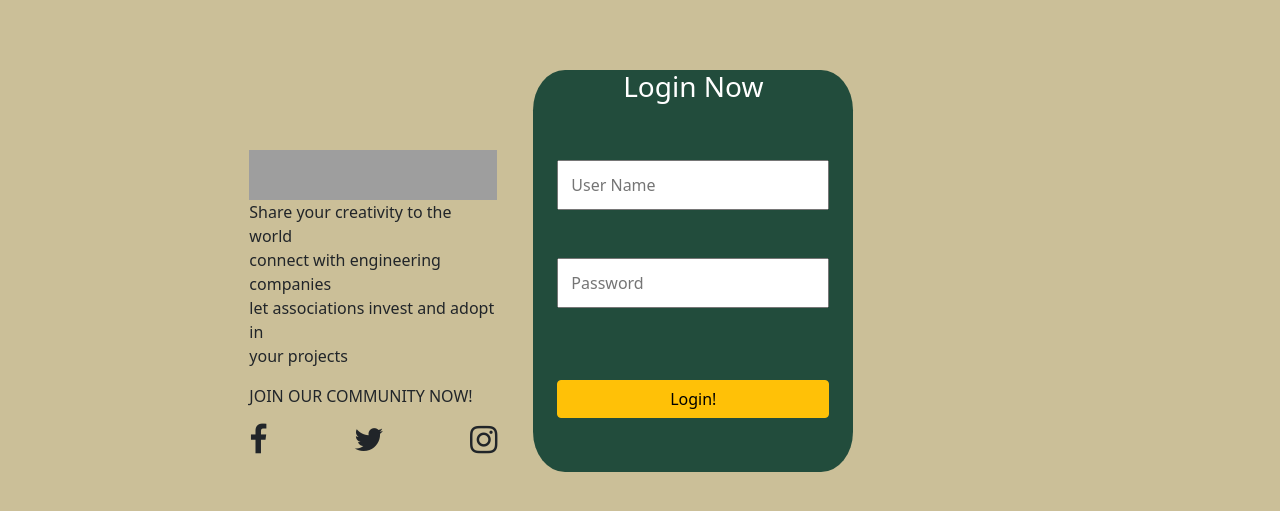
Repository: ahmadjamal-1997/Project-Taqadam
Page: http://localhost/Taqadam/WEB-INF/login.jsp
These files come from the project's save history. The page is drawn as it stood at one moment and after the next save; the edit follows.
The browser window is 1280 px wide. The pictures show the whole page.
Pictures or frames that could not be fetched are drawn as grey boxes. The page is served by Tomcat 9. Nobody is signed in. The template is opened directly, without the code that normally fills it, so the values that code supplies are empty.

Above is the page before, as saved 2022-03-31 10:34:01.

After the next save:
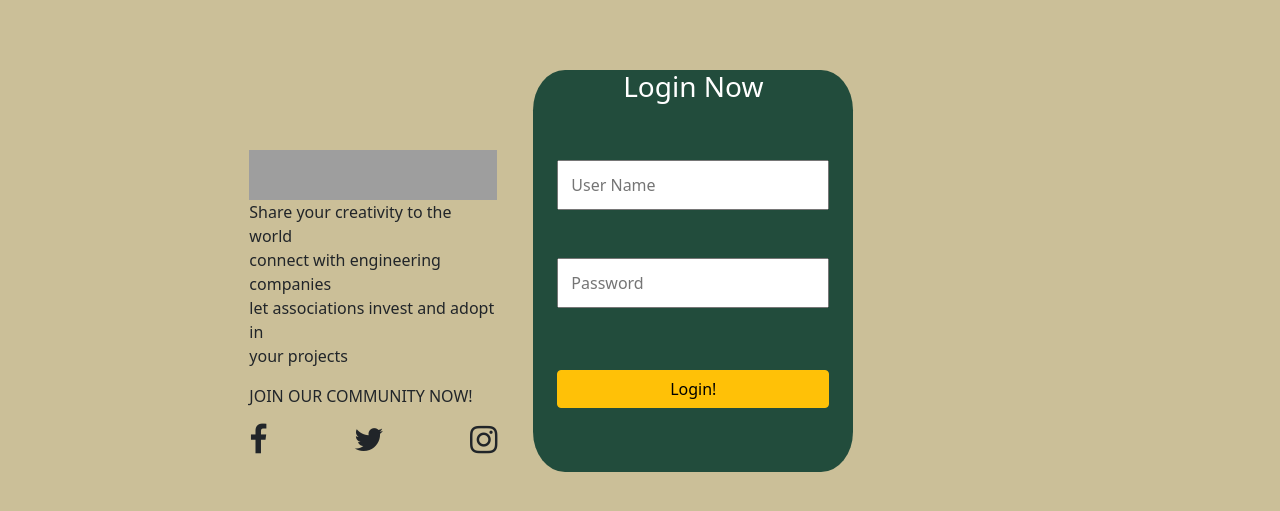
Saved 17 s later.
--- a/Taqadam-new/Taqadam-java/Taqadam-new/Taqadam/src/main/webapp/WEB-INF/login.jsp
+++ b/Taqadam-new/Taqadam-java/Taqadam-new/Taqadam/src/main/webapp/WEB-INF/login.jsp
@@ -61,7 +61,7 @@
             <div class="row mb-3 mt-5" style="height:50px">
             <input type="password" id="password" name="password" placeholder="Password"/>
             </div>
-            <div class="row mb-3" style="height:40px">
+            <div class="row mb-3" style="height:30px">
             </div>
             <div class="row mb-3">
        		 <input type="hidden" name="${_csrf.parameterName}" value="${_csrf.token}"/>
